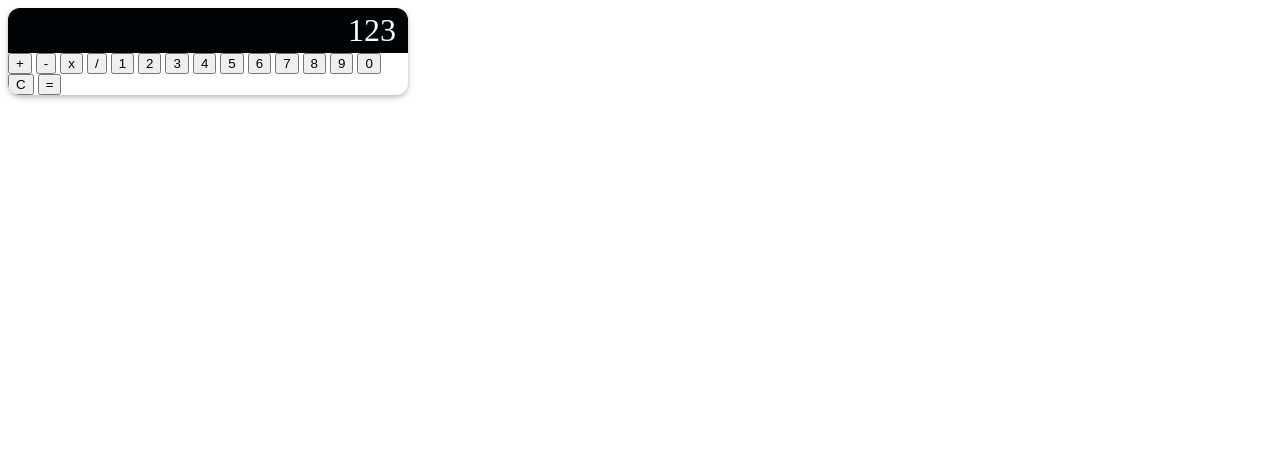
Repository: TEazy2433/LAB-calculator
Page: index.html
The author's editor kept a copy of each file at every save. The page is drawn from the files as they stood at one save, then again after the next save.
The browser window is 1280 px wide. The pictures show the whole page.

Above is the page before, as saved 2023-10-14 10:06:34.

### index.html
<!DOCTYPE html>
<html lang="en">
<head>
  <meta charset="UTF-8">
  <meta name="viewport" content="width=device-width, initial-scale=1.0">
  <title>calculator</title>
  <link rel="stylesheet" href="main.css">


</head>
<body>
  <div class="calculator">
    <div class="display">123</div>
    <div class="calculator_keys">
      <button class="calculator_key key--operator">+</button>
      <button class="calculator_key key--operator">-</button>
      <button class="calculator_key key--operator">x</button>
      <button class="calculator_key key--operator">/</button>
      <button class="calculator_key">1</button>
      <button class="calculator_key">2</button>
      <button class="calculator_key">3</button>
      <button class="calculator_key">4</button>
      <button class="calculator_key">5</button>
      <button class="calculator_key">6</button>
      <button class="calculator_key">7</button>
      <button class="calculator_key">8</button>
      <button class="calculator_key">9</button>
      <button class="calculator_key">0</button>
      <button class="calculator_key">C</button>
      <button class="calculator_key key--enter">=</button>
    </div>
  </div>

</body>
</html>

### main.css
.calculator{
  max-inline-size: 25rem;
  border-radius: 12px;
  overflow: hidden;
  box-shadow: 0px 3px 6px 0px rgba(0, 0, 0, 0.15), 0px 2px 4px 0px rgba(0, 0, 0, 0.12);

}
.display{
  font-size: 2rem;
  text-align: end;
  background: hsl(210, 100%, 1%);
  color: hsl(255, 100%, 100%);
  padding-block-start: 0.25rem;
  padding-block-end: 0.25rem;
  padding-inline-end: 0.75rem;
}

.calculator_keys{


}
.calculator_key{

}
.key--operator{

}
.key--enter{

}

After the next save:
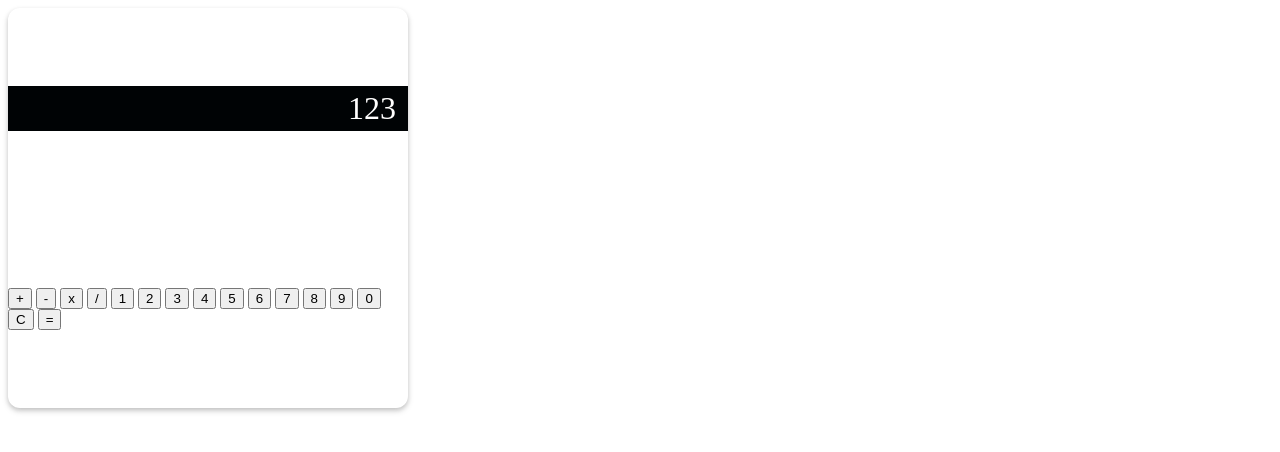
Saved 69 s later.
--- a/main.css
+++ b/main.css
@@ -3,6 +3,10 @@
   border-radius: 12px;
   overflow: hidden;
   box-shadow: 0px 3px 6px 0px rgba(0, 0, 0, 0.15), 0px 2px 4px 0px rgba(0, 0, 0, 0.12);
+  height: 25rem;
+  display: grid;
+  justify-content: center;
+  align-items: center;
 
 }
 .display{
